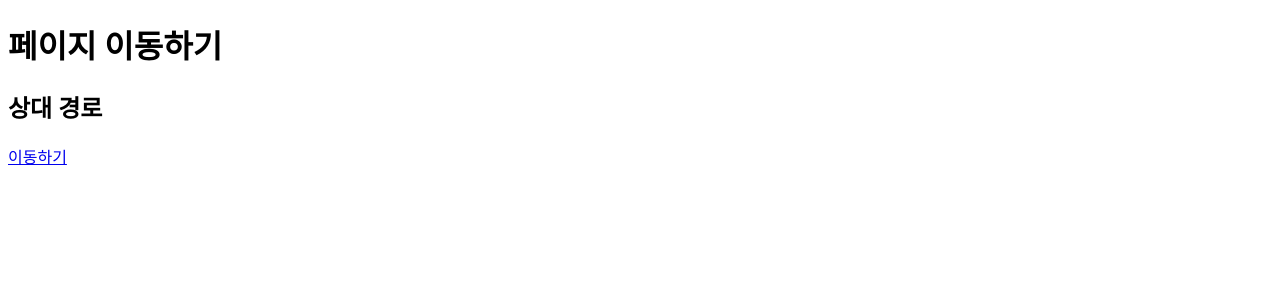
Repository: sujin9335/Front-end
Page: ClientTest/src/main/webapp/html/ex12_url.html
The author's editor kept a copy of each file at every save. The page is drawn from the files as they stood at one save, then again after the next save.
The browser window is 1280 px wide. The pictures show the whole page.

Above is the page before, as saved 2023-09-20 06:16:54.

After the next save:
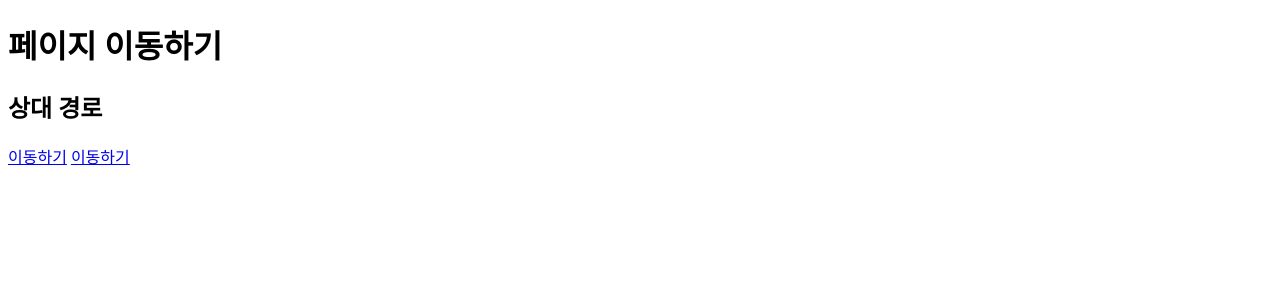
Saved 71 s later.
--- a/ClientTest/src/main/webapp/html/ex12_url.html
+++ b/ClientTest/src/main/webapp/html/ex12_url.html
@@ -76,6 +76,7 @@
 	<h2>상대 경로</h2>
 
 	<a href="./ex11_link.html">이동하기</a>
+	<a href="ex11_link.html">이동하기</a>
 
 
 
